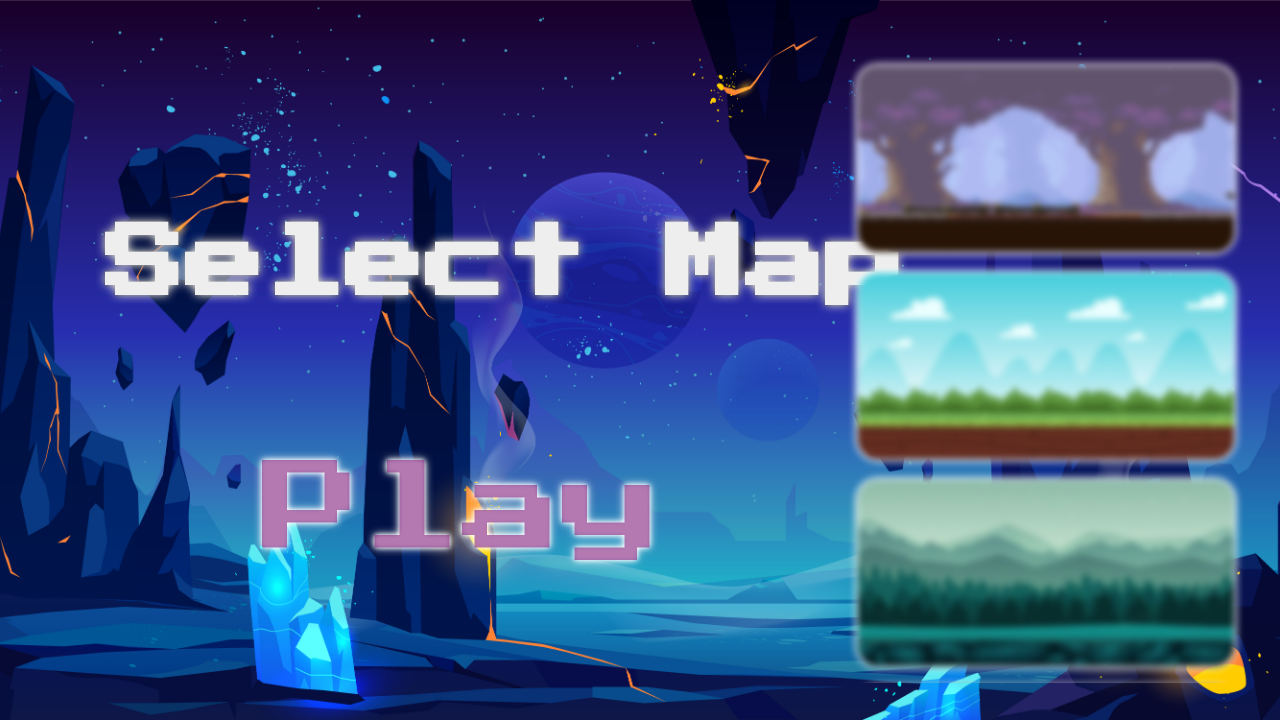
Repository: Gaurav31052/Fighting-game
Page: home.html
The author's editor kept a copy of each file at every save. The page is drawn from the files as they stood at one save, then again after the next save.
The browser window is 1280 px wide. The pictures show the whole page.
An inner scrolling area shows only its first screen.

Above is the page before, as saved 2024-06-06 23:32:26.

After the next save:
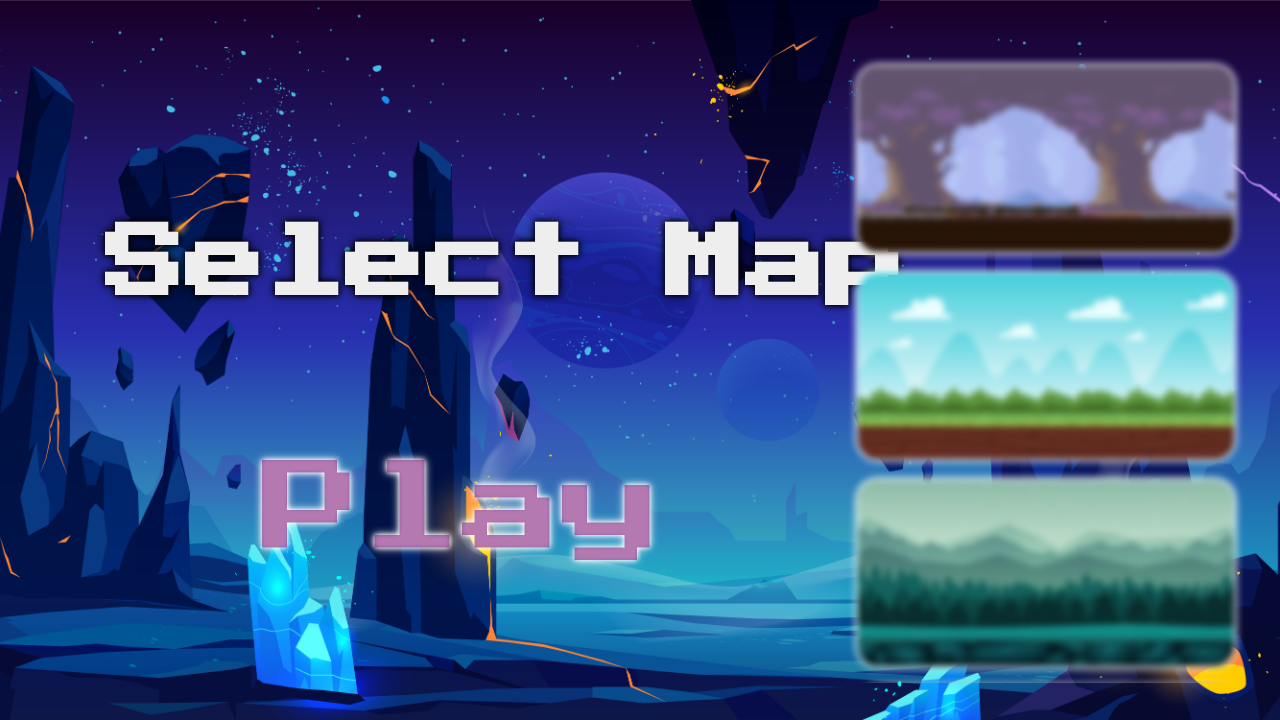
Saved 5 s later.
--- a/style.css
+++ b/style.css
@@ -61,7 +61,7 @@ a {
     justify-content: space-around;
     align-items: center;
     font-family: "Press Start 2P", system-ui;
-    text-shadow: 0 0 10px #fff, 0 0 5px #000000;
+    text-shadow: 0 0 10px #000000, 0 0 5px #000000;
 }
 .MapName>h1{
     font-size: 80px;
